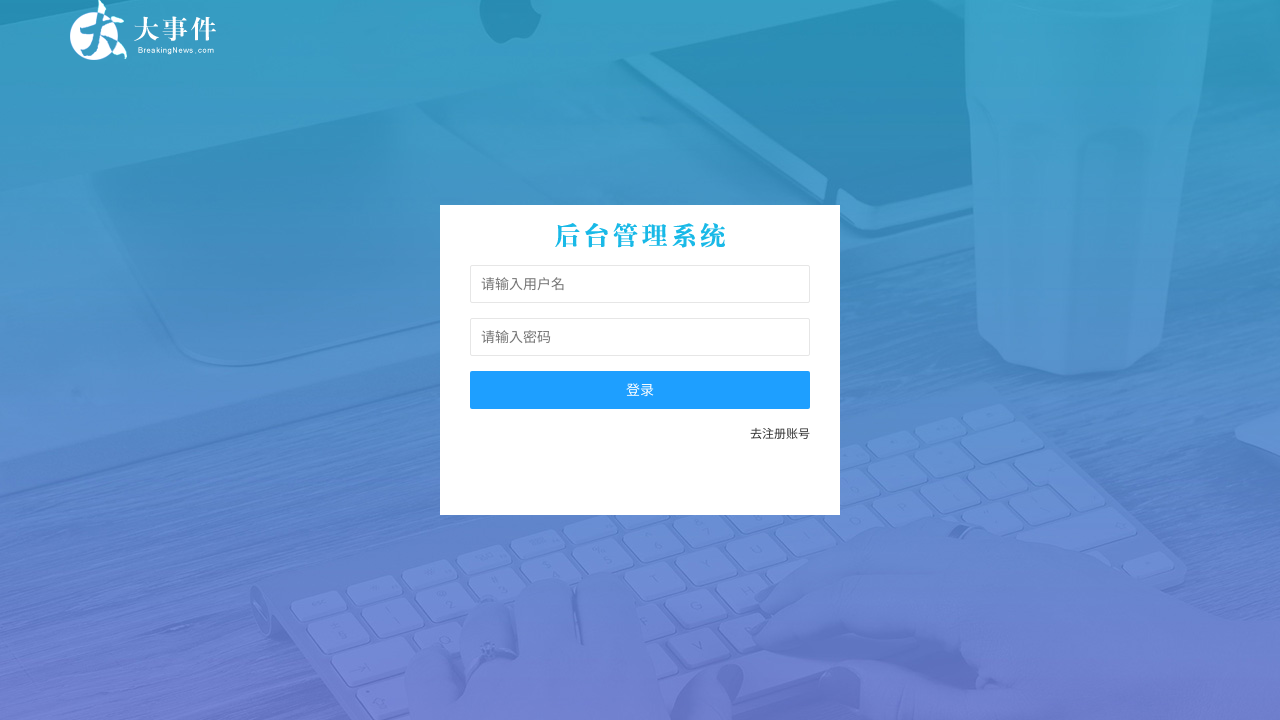
Repository: Yaoshuyi1999/code
Page: login.html
These files come from the project's save history. The page is drawn as it stood at one moment and after a run of saves; the edit follows.
The browser window is 1280 px wide. The pictures show the whole page.

Above is the page before, as saved 2022-06-09 10:37:58.

After the next 2 saves:
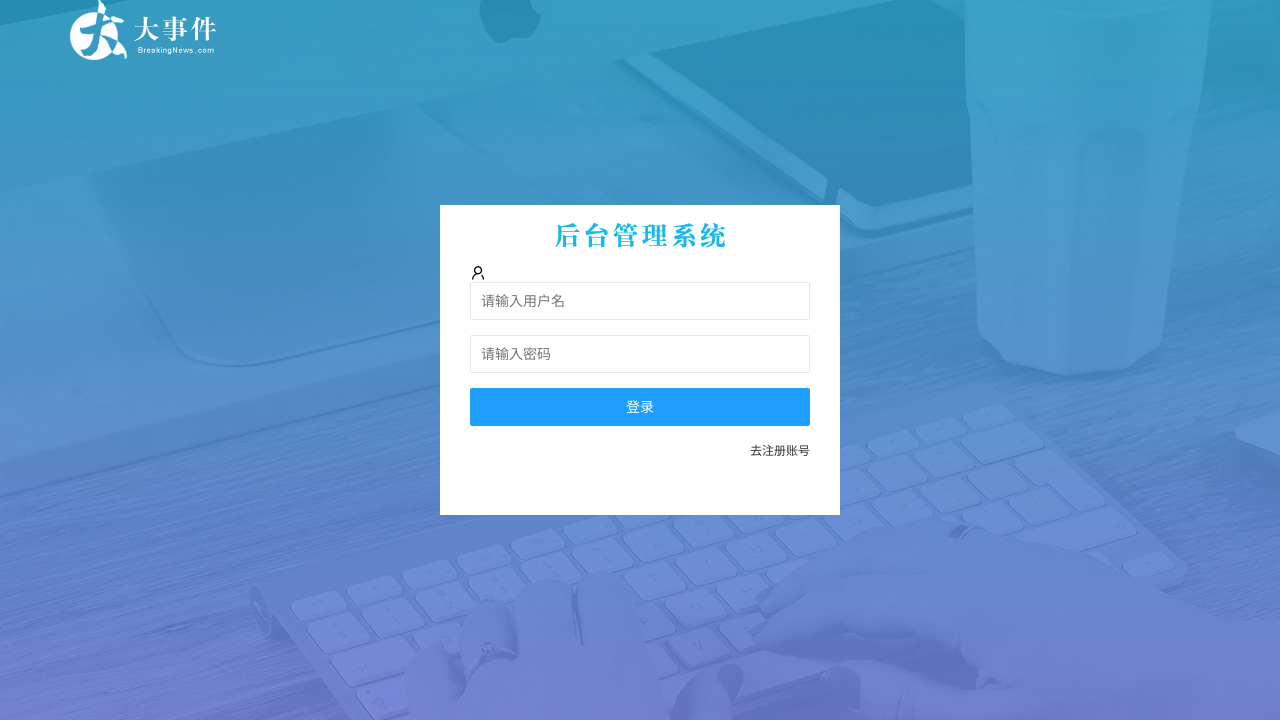
The 2 saves are shown as one change because they came seconds apart.
The last was saved 2 min 37 s later.
--- a/login.html
+++ b/login.html
@@ -26,6 +26,7 @@
 
                 <!-- 用户名 -->
                 <div class="layui-form-item">
+                    <i class="layui-icon layui-icon-username"></i>
                     <input
                         type="text"
                         name="username"
